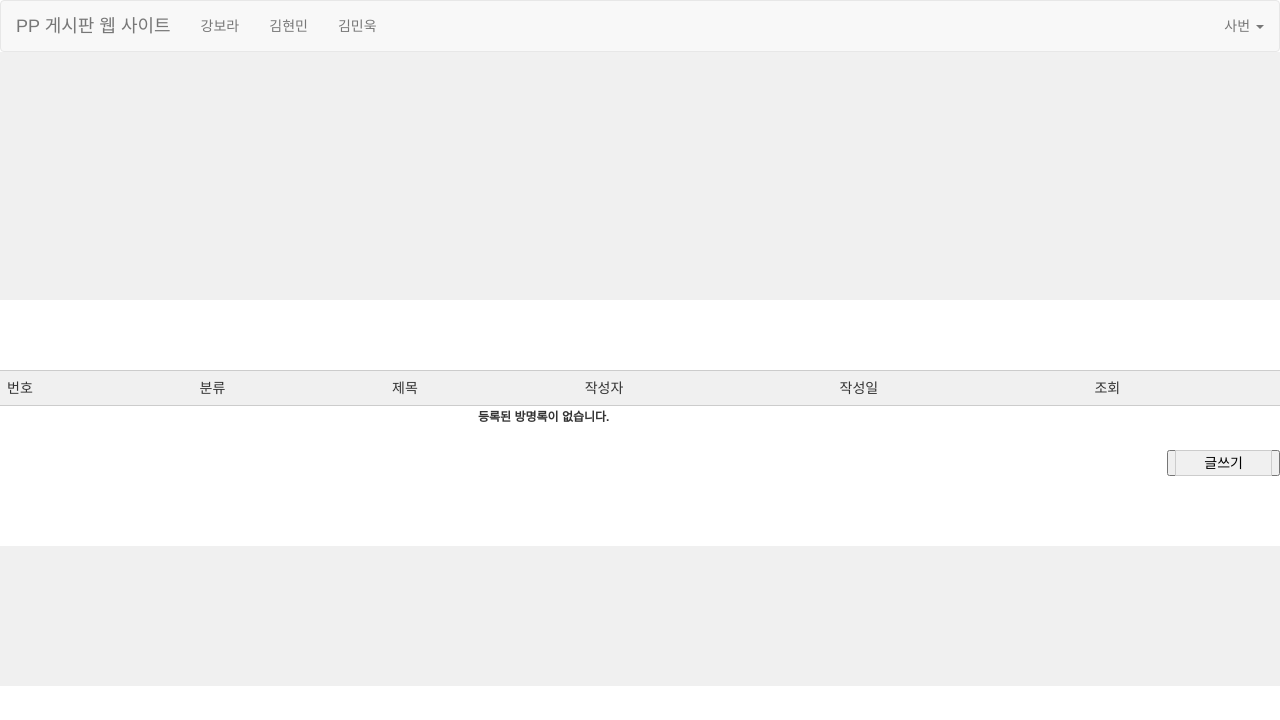
Repository: hyunminini/CommunityPage
Page: http://localhost/PP_Project/empMain.jsp
An editor plug-in stored every save of this project. The page is shown before and after the next save, followed by the edit.
The browser window is 1280 px wide. The pictures show the whole page.
Some web libraries are served in a nearby version. The page is served by Tomcat 9. The template is opened directly, without the code that normally fills it, so the values that code supplies are empty.

Above is the page before, as saved 2022-09-28 07:24:13.

After the next save:
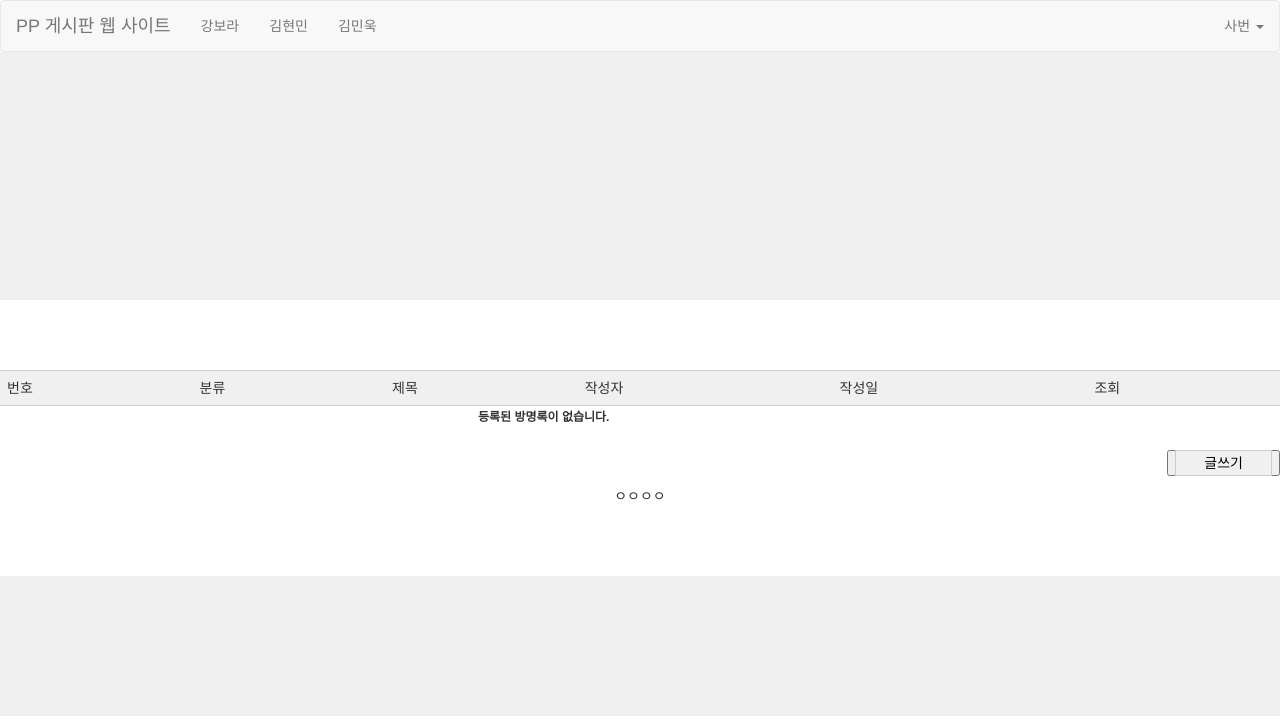
Saved 85 s later.
--- a/PP_Project/WebContent/empMain.jsp
+++ b/PP_Project/WebContent/empMain.jsp
@@ -180,7 +180,7 @@
 <c:forEach begin="1" end="${lastpage}" varStatus="i">
 	<a href="http://localhost:8082/PP_Project/board.do?vpage=${i.count}">${i.count}</a>
 </c:forEach>
-
+	ㅇㅇㅇㅇ
 
 </div>
 
